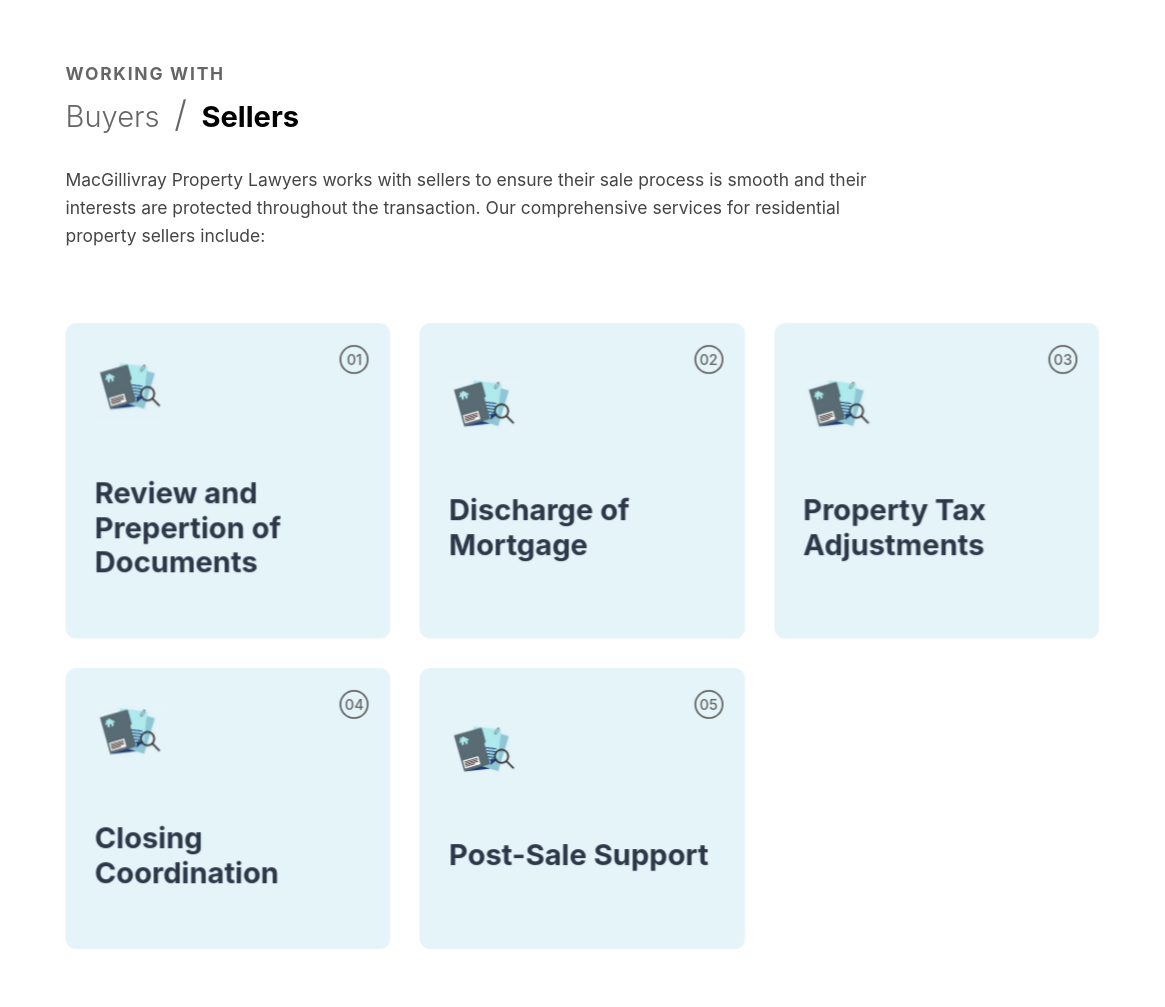
Repository: mibma/alphavent
Page: /sellers
The author's editor kept a copy of each file at every save. The page is drawn from the files as they stood at one save, then again after the next save.
The browser window is 1280 px wide. The pictures show the whole page, at 91% of full size.
The project was rebuilt for these pictures with package versions that can differ from the ones it lists, and the page was loaded fresh each time. The framework's server and built-in components were replaced by stand-ins that run in the browser.

Above is the page before, as saved 2025-04-24 18:14:03.

### pages/_app.js
import '../styles/globals.css'

function MyApp({ Component, pageProps }) {
  return <Component {...pageProps} />
}

export default MyApp

### pages/sellers.js
import styles from '../styles/Home.module.css';
import Head from 'next/head';
import Link from 'next/link';
import Image from 'next/image';
import { useRouter } from 'next/router';
import { useState } from 'react';

const sellerServices = [
  {
    id: '01',
    title: 'Review and Prepertion of Documents',
    icon: '/Capture.JPG'
  },
  {
    id: '02',
    title: 'Discharge of Mortgage',
    icon: '/Capture.JPG'
  },
  {
    id: '03',
    title: 'Property Tax Adjustments',
    icon: '/Capture.JPG'
  },
  {
    id: '04',
    title: 'Closing Coordination',
    icon: '/Capture.JPG'
  },
  {
    id: '05',
    title: 'Post-Sale Support',
    icon: '/Capture.JPG'
  }
];

export default function SellerPage() {
  const router = useRouter();
  const [isTransitioning, setIsTransitioning] = useState(false);

  const handleBuyerClick = (e) => {
    e.preventDefault();
    setIsTransitioning(true);
    setTimeout(() => {
      router.push('/');
    }, 300);
  };

  return (
    <div className={styles.container}>
      <Head>
        <title>Working with Sellers | MacGillivray Property Lawyers</title>
        <meta name="description" content="Professional property law services for sellers" />
      </Head>

      <main className={styles.main}>
        <div className={styles.header}>
          <h1 className={styles.title}>
            <span className={styles.mainTitle}>WORKING WITH</span>
            <div className={styles.titleRow}>
              <Link
                href="/"
                className={styles.smallTitle}
                onClick={handleBuyerClick}
              >
                Buyers
              </Link>
              <span className={styles.divider}>/</span>
              <span className={`${styles.largeTitle} ${isTransitioning ? styles.exitToRight : ''}`}>
                Sellers
              </span>
            </div>
          </h1>

          <p className={styles.description}>
            MacGillivray Property Lawyers works with sellers to ensure their sale process is smooth and their interests are protected throughout the transaction. Our comprehensive services for residential property sellers include:
          </p>
        </div>

        <div className={styles.servicesGrid}>
          {sellerServices.map((service) => (
            <div key={service.id} className={styles.serviceCard}>
              <div className={styles.serviceContent}>
                <div className={styles.iconContainer}>
                  <Image
                    src={service.icon}
                    alt={service.title}
                    fill
                    className={styles.icon}
                  />
                </div>
                <h3 className={styles.serviceTitle}>{service.title}</h3>
              </div>
              <div className={styles.serviceNumber}>{service.id}</div>
            </div>
          ))}
        </div>
      </main>
    </div>
  );
}

### styles/globals.css
html,
body {
  padding: 0;
  margin: 0;
  font-family: -apple-system, BlinkMacSystemFont, Segoe UI, Roboto, Oxygen,
    Ubuntu, Cantarell, Fira Sans, Droid Sans, Helvetica Neue, sans-serif;
}

a {
  color: inherit;
  text-decoration: none;
}

* {
  box-sizing: border-box;
}

### styles/Home.module.css
.container {
  max-width: 1200px;
  margin: 0 auto;
  padding: 2rem;
  overflow-x: hidden;
}

.nav {
  display: flex;
  justify-content: flex-end;
  padding: 1rem 0;
}

.navLink {
  color: #0070f3;
  text-decoration: none;
  font-size: 1.1rem;
  transition: color 0.3s ease;
}

.navLink:hover {
  color: #0051b3;
}

.main {
  min-height: 100vh;
  padding: 1rem 0;
}

.header {
  margin-bottom: 4rem;
  position: relative;
}

.title {
  margin-bottom: 2rem;
}

.mainTitle {
  display: block;
  font-size: 1.2rem;
  color: #666;
  margin-bottom: 0.5rem;
  letter-spacing: 0.1em;
  opacity: 0;
  animation: fadeInDown 0.5s ease forwards;
}

.titleRow {
  display: flex;
  align-items: baseline;
  gap: 1rem;
  position: relative;
}

.titleWrapper {
  display: flex;
  align-items: baseline;
  gap: 1rem;
}

.largeTitle {
  font-weight: 700;
  color: #000;
  transition: font-size 0.6s ease;
  cursor: pointer;
}

.titleButton {
  background: none;
  border: none;
  cursor: pointer;
  padding: 0;
  font-size: 2.5rem;
  color: #666;
  font-weight: 300;
  transition: all 0.3s ease;
}

.titleButton:hover {
  color: #000;
}

.titleExit {
  animation: none;
}

.cardFlip {
  animation: flipCard 0.6s ease forwards;
}

.fadeOut {
  opacity: 0;
  transition: opacity 0.3s ease;
}

.fadeIn {
  opacity: 1;
  transition: opacity 0.3s ease;
}

.divider {
  font-size: 2.5rem;
  color: #666;
  font-weight: 300;
}

.smallTitle {
  font-weight: 300;
  color: #666;
  transition: all 0.6s ease;
  cursor: pointer;
}

.description {
  font-size: 1.2rem;
  line-height: 1.6;
  color: #444;
  max-width: 900px;
  margin-bottom: 3rem;
  opacity: 0;
  animation: fadeIn 0.5s ease 0.5s forwards;
}

.servicesGrid {
  display: grid;
  grid-template-columns: repeat(auto-fit, minmax(280px, 1fr));
  gap: 2rem;
  padding: 1rem 0;
}

.serviceCard {
  background-color: #E5F4F9;
  border-radius: 12px;
  padding: 2rem;
  position: relative;
  transition: transform 0.3s ease;
  min-height: 180px;
  display: flex;
  flex-direction: column;
  justify-content: center;
  transform-style: preserve-3d;
  perspective: 1000px;
  opacity: 0;
  animation: fadeInUp 0.5s ease forwards;
}

.serviceCard:nth-child(1) { animation-delay: 0.6s; }
.serviceCard:nth-child(2) { animation-delay: 0.7s; }
.serviceCard:nth-child(3) { animation-delay: 0.8s; }
.serviceCard:nth-child(4) { animation-delay: 0.9s; }
.serviceCard:nth-child(5) { animation-delay: 1.0s; }

.serviceCard:hover {
  transform: translateY(-5px);
  box-shadow: 0 10px 20px rgba(0, 0, 0, 0.05);
}

.serviceContent {
  flex: 1;
  display: flex;
  flex-direction: column;
  justify-content: center;
  backface-visibility: hidden;
}

.iconContainer {
  width: 80px;
  height: 80px;
  margin-bottom: 1.5rem;
  position: relative;
}

.icon {
  width: 100%;
  height: 100%;
  object-fit: contain;
}

.serviceNumber {
  position: absolute;
  top: 1.5rem;
  right: 1.5rem;
  background-color: transparent;
  color: #666;
  width: 32px;
  height: 32px;
  border: 2px solid #666;
  border-radius: 50%;
  display: flex;
  align-items: center;
  justify-content: center;
  font-size: 1rem;
  font-weight: 500;
}

.serviceTitle {
  font-size: 2rem;
  font-weight: 700;
  color: #2d3748;
  line-height: 1.2;
}

.serviceDescription {
  color: #718096;
  line-height: 1.5;
}

@keyframes fadeInUp {
  from {
    opacity: 0;
    transform: translateY(20px);
  }
  to {
    opacity: 1;
    transform: translateY(0);
  }
}

@keyframes fadeInDown {
  from {
    opacity: 0;
    transform: translateY(-20px);
  }
  to {
    opacity: 1;
    transform: translateY(0);
  }
}

@keyframes fadeIn {
  from {
    opacity: 0;
  }
  to {
    opacity: 1;
  }
}

@keyframes slideInRight {
  from {
    opacity: 0;
    transform: translateX(-100%);
  }
  to {
    opacity: 1;
    transform: translateX(0);
  }
}

@keyframes slideOutRight {
  from {
    opacity: 1;
    transform: translateX(0);
  }
  to {
    opacity: 0;
    transform: translateX(100%);
  }
}

/* Add a class for exit animation */
.exitToRight {
  animation: slideOutRight 0.6s ease forwards;
}

.enterFromRight {
  animation: slideInRight 0.6s ease forwards;
}

@media (max-width: 768px) {
  .container {
    padding: 1rem;
  }

  .titleRow {
    flex-direction: column;
    gap: 0.5rem;
  }

  .divider {
    display: none;
  }

  .smallTitle {
    font-size: 2rem;
  }

  .servicesGrid {
    grid-template-columns: 1fr;
  }

  .serviceCard {
    min-height: 150px;
  }

  .serviceTitle {
    font-size: 1.75rem;
  }
}

@keyframes flipCard {
  0% {
    transform: perspective(1000px) rotateY(0);
  }
  50% {
    transform: perspective(1000px) rotateY(90deg);
    opacity: 0;
  }
  51% {
    transform: perspective(1000px) rotateY(-90deg);
    opacity: 0;
  }
  100% {
    transform: perspective(1000px) rotateY(0);
    opacity: 1;
  }
}

.flipCard {
  animation: flipCard 0.6s ease forwards;
}

After the next save:
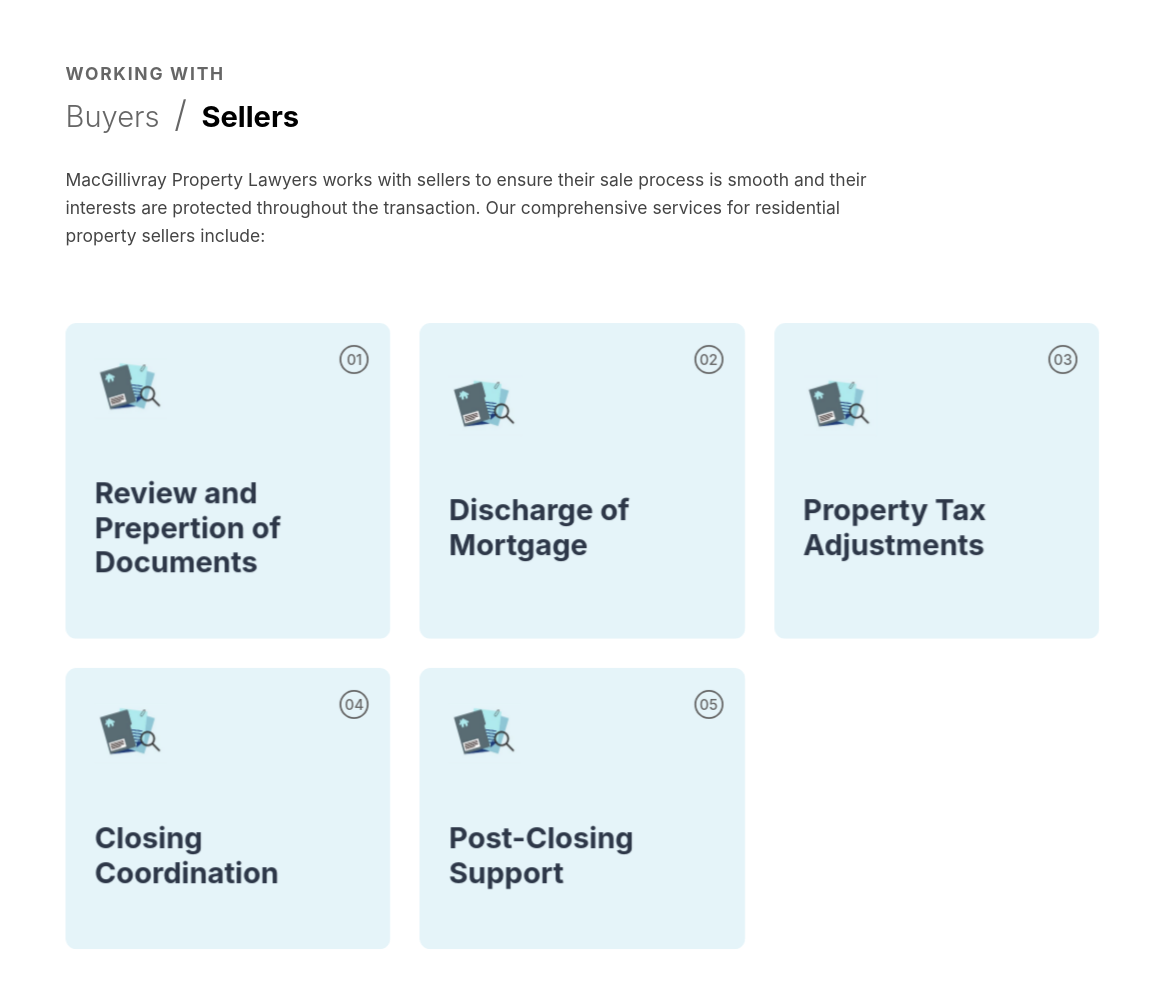
Saved 11 s later.
--- a/pages/sellers.js
+++ b/pages/sellers.js
@@ -28,7 +28,7 @@
   },
   {
     id: '05',
-    title: 'Post-Sale Support',
+    title: 'Post-Closing Support',
     icon: '/Capture.JPG'
   }
 ];
